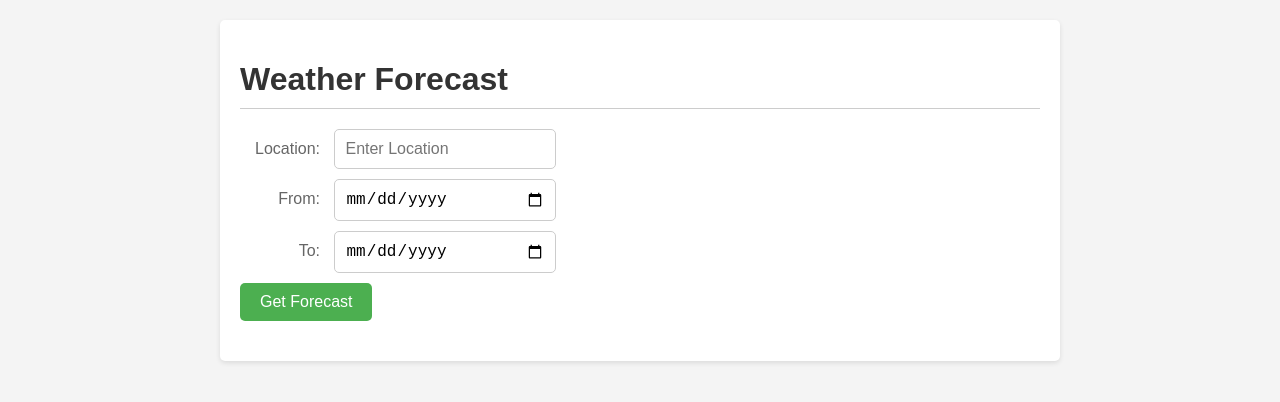
Repository: vishalaadee/WeatherMatic
Page: index.html
An editor plug-in stored every save of this project. The page is shown before and after a run of saves, followed by the edit.
The browser window is 1280 px wide. The pictures show the whole page.

Above is the page before, as saved 2023-06-04 21:10:53.

After the next 4 saves:
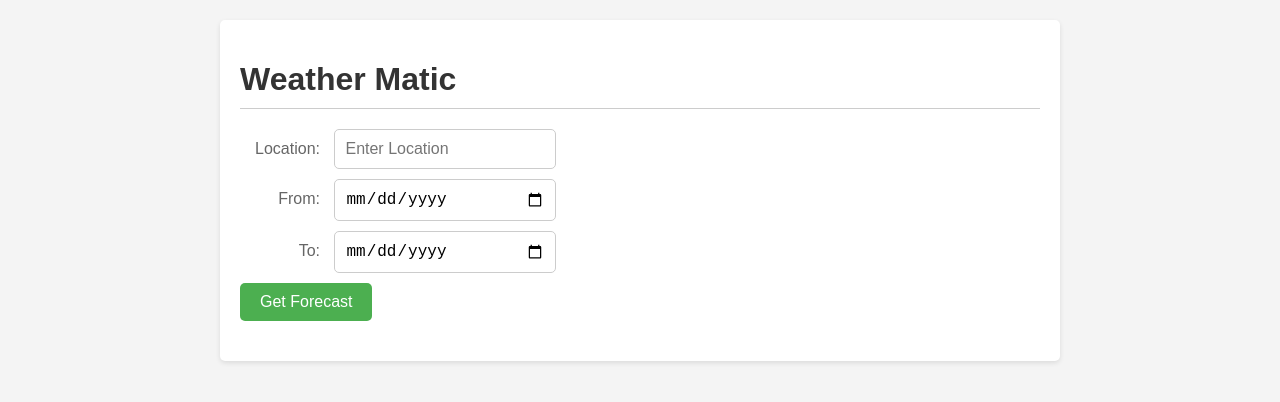
The 4 saves are shown as one change because they came seconds apart.
The last was saved 2 min 30 s later.
--- a/index.html
+++ b/index.html
@@ -1,12 +1,12 @@
 <!DOCTYPE html>
 <html>
 <head>
-    <title>Weather Forecast</title>
+    <title>Weather Matic</title>
     <link rel="stylesheet" type="text/css" href="styles.css">
 </head>
 <body>
     <div id="weather-container">
-        <h1>Weather Forecast</h1>
+        <h1>Weather Matic</h1>
         <div id="input-container">
             <label for="location-input">Location:</label>
             <input type="text" id="location-input" placeholder="Enter Location">
@@ -20,7 +20,6 @@
             <button id="get-forecast-btn">Get Forecast</button>
         </div>
         <div id="date-container"></div>
-        <div id="weather-info"></div>
     </div>
     <script src="script.js"></script>
 </body>
